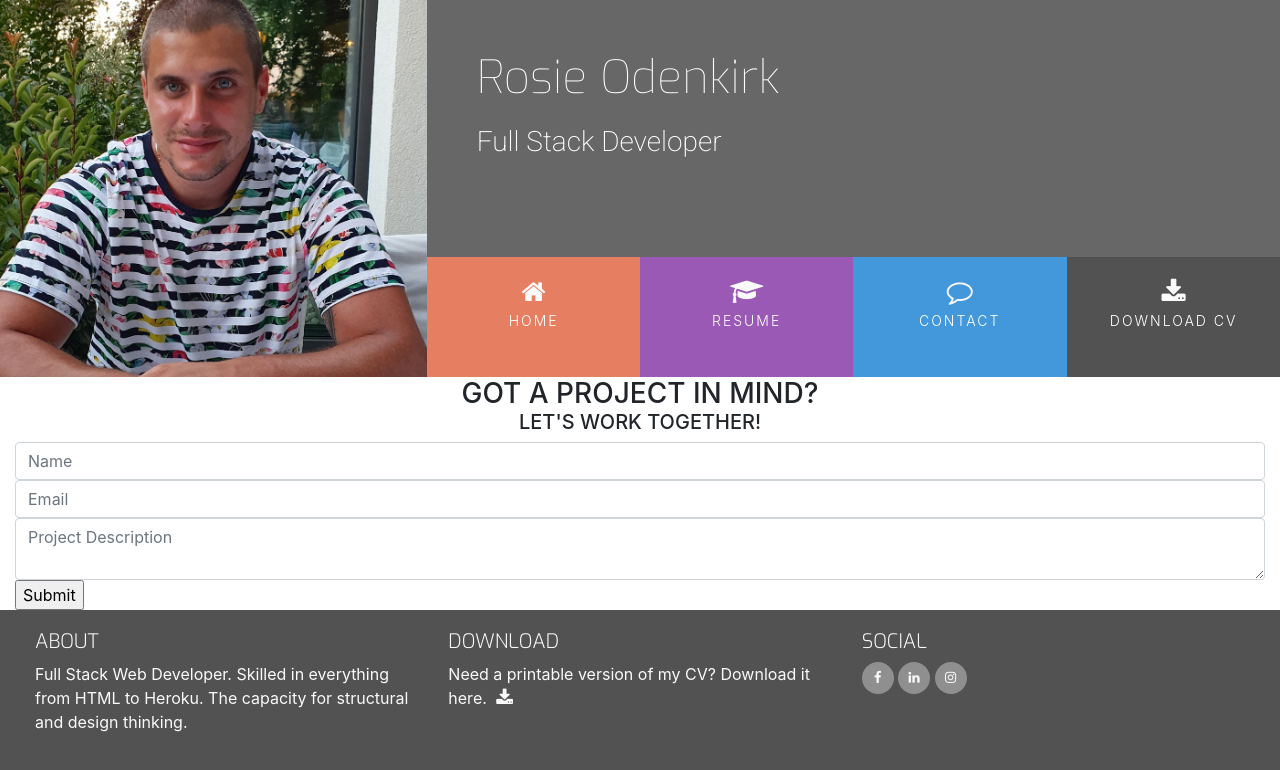
Repository: marcomoreschi/Mini-Project
Page: contact.html
The author's editor kept a record of every edit. The page is drawn from the files as they stood at one moment, then again after the next edit.
The browser window is 1280 px wide. The pictures show the whole page.
Some web libraries are served in a nearby version.

Above is the page before.

### contact.html
<!DOCTYPE html>
<html lang="en">
<head>
    <meta charset="UTF-8">
    <meta name="viewport" content="width=device-width, initial-scale=1.0">
    <meta http-equiv="X-UA-Compatible" content="ie=edge">
    <link rel="stylesheet" href="https://maxcdn.bootstrapcdn.com/bootstrap/4.2.1/css/bootstrap.min.css" type="text/css" />
    <link rel="stylesheet" href="https://maxcdn.bootstrapcdn.com/font-awesome/4.7.0/css/font-awesome.min.css" type="text/css" />
    <link rel="stylesheet" href="https://cdnjs.cloudflare.com/ajax/libs/hover.css/2.1.1/css/hover-min.css" type="text/css" />
    <link rel="stylesheet" href="assets/css/style.css">
    <title>Marco</title>
</head>
<body>
    <header>
        <div class="row no-gutters">
            <a class="col-md-4 logo" href="02-index.html"></a>
            <div class="col-md-8">
                <div class="row no-gutters bg-color-name-title">
                    <div class="col heading">
                        <h1 class="name">Rosie Odenkirk</h1>
                        <h2 class="title"> Full Stack Developer</h2>
                    </div>
                </div>
                <div class="row no-gutters">
                    <div class="col">
                        <ul id="nav" class="list-inline menucontainer">
                            <li class="col-6 col-sm-3 list-inline-item ui-menu-color-home menuitem">
                                <a href="#" class="hvr-sweep-to-bottom"><i class="fa fa-home" aria-hidden="true"></i><span>Home</span></a>
                            </li>
                            <li class="col-6 col-sm-3 list-inline-item ui-menu-color-resume menuitem">
                                <a href="#" class="hvr-sweep-to-bottom"><i class="fa fa-graduation-cap" aria-hidden="true"></i><span>Resume</span></a>
                            </li>
                            <li class="col-6 col-sm-3 list-inline-item ui-menu-color-contact menuitem">
                                <a href="#" class="hvr-sweep-to-bottom"><i class="fa fa-comment-o" aria-hidden="true"></i><span>Contact</span></a>
                            </li>
                            <li class="col-6 col-sm-3 list-inline-item ui-menu-color-download menuitem">
                                <a href="#" class="hvr-sweep-to-bottom"><i class="fa fa-download" aria-hidden="true"></i><span>Download CV</span></a>
                            </li>
                        </ul>
                    </div>
                </div>
            </div>
        </div>
    </header>
    <section class="container-fluid">
        <div class="row bg-color-contact">
            <div class="col">
                <h3 class="contact-heading uppercase text-center">Got a project in mind?</h3>
                <h5 class="uppercase text-center">Let's work together!</h5>

                <div class="center-form">
                    <form>
                        <input type="text" name="name" id="fullname" class="form-control" placeholder="Name" required />
                        <input type="email" name="email" id="fullname" class="form-control" placeholder="Email" required />
                        <textarea row="5" type="email" name="projectsummary" id="projectsummary" class="form-control" placeholder="Project Description" required></textarea>

                        <input type="submit" value="Submit"/>
                    </form>
                </div>
            </div>
        </div>

    </section>
    <footer class="container-fluid">
        <div id="footer-details" class="row">
            <div class="col-sm-4">
                <h5 class="uppercase general-sub">About</h5>
                <p class="inline-block">
                    Full Stack Web Developer. Skilled in everything from HTML to Heroku. The capacity for structural and design thinking.
                </p>
            </div>
            <div class="col-sm-4">
                <h5 class="uppercase general-sub">Download</h5>
                <p class="inline-block">
                    Need a printable version of my CV? Download it here.
                    <a href="#" target="_blank" class="cv-pdf">
                        <i class="fa fa-download" aria-hidden="true"></i>
                        <span class="sr-only">Download link.</span>
                    </a>
                </p>
            </div>
            <div class="col-sm-4">
                <h5 class="uppercase general-sub">Social</h5>
                <ul class="list-inline social-links">
                    <li class="list-inline-item">
                        <a target="_blank" href="#">
                            <i class="fa fa-facebook" aria-hidden="true"></i>
                            <span class="sr-only">Facebook</span>
                        </a>
                    </li>
                    <li class="list-inline-item">
                        <a target="_blank" href="#">
                            <i class="fa fa-linkedin" aria-hidden="true"></i>
                            <span class="sr-only">LinkedIn</span>
                        </a>
                    </li>
                    <li class="list-inline-item">
                        <a target="_blank" href="#">
                            <i class="fa fa-instagram" aria-hidden="true"></i>
                            <span class="sr-only">Instagram</span>
                        </a>
                    </li>
                </ul>
            </div>
        </div>
    </footer>
</body>
</html>

### assets/css/style.css
@import url('https://fonts.googleapis.com/css?family=Roboto:100,200,300,400,500,600,700|Exo:100,200,300,400,500,600,700');

/* -----------------------------------------Colour */

.bg-color-name-title {
    background-color: #676767;
}

.bg-color-three-reasons {
    background-color: #fff;
}

.bg-color-personal-info {
    background-color: #f4f4f4;
}

.bg-color-work-history{
    background-color: #9b59b6;
}

.ui-menu-color-home {
    background-color: #e67e62;
}

.ui-menu-color-resume {
    background-color: #9b59b6;
}

.ui-menu-color-contact {
    background-color: #4398db;
}

.ui-menu-color-download {
    background-color: #525252;
}



/* -----------------------------------------Special paddings/text/margins */

h1,
h2,
h3,
h4 {
    margin: 0;
}

.uppercase {
    text-transform: uppercase;
}

.general-sub {
    font-family: "Exo", sans-serif;
    font-weight: 300;
    color: #fafafa
}

.inline-block {
    display: inline-block;
}

.row-table {
    display: table;
}

.section-column {
    display: table-cell;
    padding: 0 30px 30px;
    float: none;
}

.history-heading,
.section-heading {
    font-family: "Exo", sans-serif;
    font-weight: 300;
    margin-top: 25px;
    margin-bottom: 40px;
}

/* -----------------------------------------Heading */

header {
    margin: 0;
}

.heading {
    margin-left: 50px;
}

.logo {
    background: url("../images/marco.jpg");
    background-position: center;
    background-repeat: no-repeat;
    background-size: cover;
    min-height: 360px;
    transition: all .5s ease-in-out;
    -moz-transition: all .5s ease-in-out;
    -webkit-transition: all .5s ease-in-out;
}

.name {
    font-family: "Exo", sans-serif;
    font-weight: 100;
    font-size: 46px;
    margin-top: 50px;
    color: #fff;
}

.title {
    font-family: "Roboto", sans-serif;
    font-weight: 200;
    font-size: 28px;
    margin-top: 20px;
    margin-bottom: 98px;
    color: #fff;
}

.list-inline-item:not(:last-child) {
    margin: 0;
}

.menucontainer {
    font-size: 0;
}

#nav {
    margin: 0;
}

#nav li {
    font-size: 14px;
    padding: 0;
}

.menuitem {
    height: 120px;
    text-align: center;
    padding: 0;
}

.menuitem a {
    width: 100%;
    text-decoration: none;
    color: #fff;
    height: 120px;
}

.menuitem a i {
    padding-top: 22px;
    display: block;
    color: #fafafa;
    font-size: 26px;
}

.menuitem span {
    display: block;
    width: 100%;
    padding-top: 5px;
    text-align: center;
    text-transform: uppercase;
    font-size: 14px;
    font-weight: 300;
    letter-spacing: 2px;
}

/* -----------------------------------------Hover.css */

.hvr-sweep-to-bottom:before {
    background-color: rgba(0, 0, 0, 0.2);
    height: 120px;
}

/* -----------------------------------------Footer */

footer {
    background-color: #525252;
    color: #fafafa;
    min-height: 120px;
    margin: 0;
}

.cv-pdf i {
    font-size: 18px;
    color: #fafafa;
    text-align: center;
    padding-left: 5px;
    -moz-transition: all 0.35s ease-in-out;
    -webkit-transition: all 0.35s ease-in-out;
    -o-transition: all 0.35s ease-in-out;
}

.cv-pdf i:hover {
    color: #e84610;
}

.cv-pdf i:hover {
    color: #e84610;
}

.social-links {
    padding-bottom: 15px;
}

.social-links li a i {
    width: 32px;
    height: 32px;
    padding: 12px 0;
    border-radius: 50%;
    font-size: 13px;
    line-height: 7px;
    text-align: center;
    color: #fafafa;
    background: #8f8f8f;
    transition: all 0.35s ease-in-out;
    -moz-transition: all 0.35s ease-in-out;
    -webkit-transition: all 0.35s ease-in-out;
    -o-transition: all 0.35s ease-in-out;
}

.social-links li a i:hover {
    background: #e84610;
}

#footer-details {
    padding: 20px;
}

/* -----------------------------------------Three Reasons */

.three-reasons-icon {
    font-size: 26px;
    color: #e67e62;
}

.three-reasons-heading {
    margin-bottom: 15px;
}

/* -----------------------------------------Personal Info */

.personal-info-item {
    margin-bottom: 20px;
    display: block;
    clear: both;
}

.personal-info-item .key,
.personal-info-item .value {
   padding-right: 8px;
   display: inline-block;
}

.personal-info-item .key p,
.personal-info-item .value p {
    margin: 0;
}

.personal-info-item .key {
    width: 30%;
    margin-right: 21px;
    padding-top: 2px;
    vertical-align: top;
}

.personal-info-item .key p {
    font-weight: 700;
}

.personal-info-item .value {
    position: relative;
    width: 60%;
}

/* -----------------------------------------Skills */

.progress {
    position: relative;
    height: 25px;
    margin-bottom: 4px;
}

.progress-type {
    position: absolute;
    left: 0;
    font-weight: 400;
    padding: 3px 30px 2px 10px;
    color: #fafafa;
    background-color: rgba(25, 25, 25, 0.2);
}

.progress-section {
    margin: 40px 20px;
}

/* -----------------------------------------Work Hystory */

.history-heading {
    color: #fafafa;
    margin-bottom: 50px;
}

.timeline-item {
    padding: 4em 2em 0em 2em;
    position: relative;
    color: #fafafa;
    border-left: 1px solid;
}

.timeline-item p {
    padding: 0;
    margin: 0;
}

.timeline-item:before {
    content: attr(data-dates);
    position: absolute;
    left: 2.5em;
    top: 3em;
    display: block;
    font-family: "Exo", sans-serif;
    font-weight: 500;
    font-size: 0.8em;
    padding: 0;
    margin: 0;
}

.timeline-item:after {
    width: 12px;
    height: 12px;
    display: block;
    top: 2.4em;
    position: absolute;
    left: -6px;
    border-radius: 12px;
    content: '';
    background: #fafafa;
}

.history-items {
    margin-bottom: 30px;
}

After the next edit:
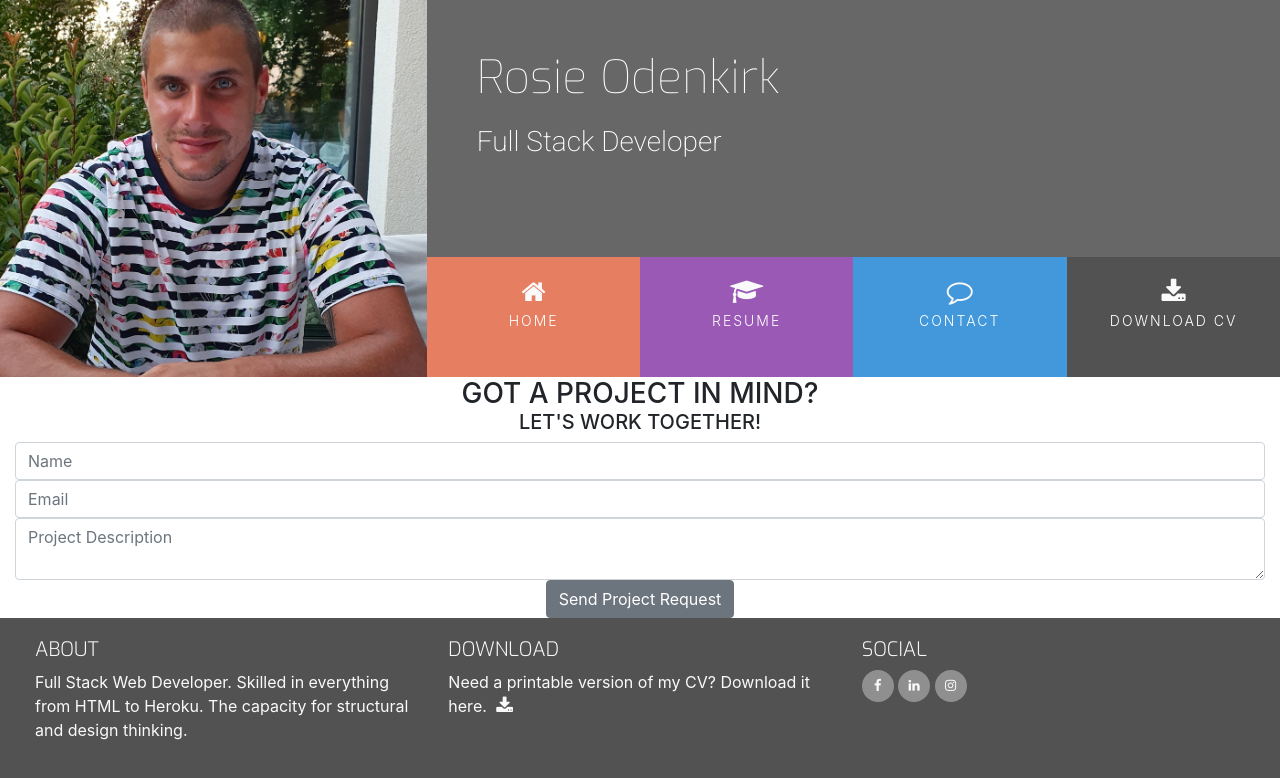
The edit:
--- a/contact.html
+++ b/contact.html
@@ -53,8 +53,11 @@
                         <input type="text" name="name" id="fullname" class="form-control" placeholder="Name" required />
                         <input type="email" name="email" id="fullname" class="form-control" placeholder="Email" required />
                         <textarea row="5" type="email" name="projectsummary" id="projectsummary" class="form-control" placeholder="Project Description" required></textarea>
-
-                        <input type="submit" value="Submit"/>
+                        <div class="form-row text-center">
+                            <div class="col">
+                                <button type="submit" class="btn btn-secondary">Send Project Request</button>
+                            </div>
+                        </div>
                     </form>
                 </div>
             </div>
